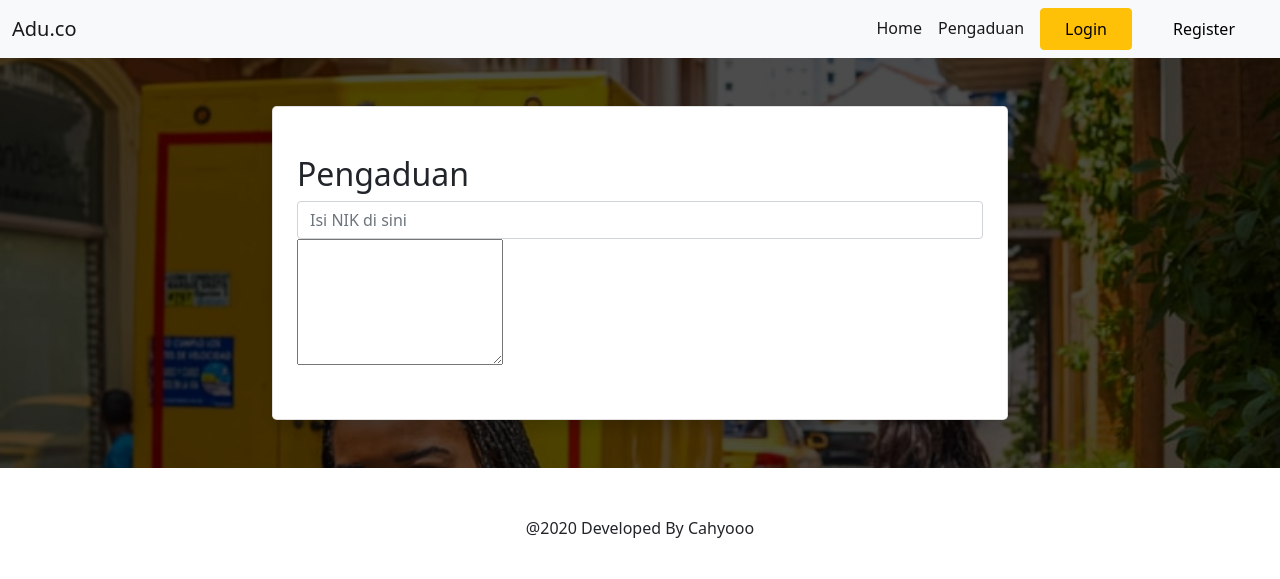
Repository: khulqu15/pengaduan2
Page: http://localhost/form/pengaduan
These files come from the project's save history. The page is drawn as it stood at one moment and after the next save; the edit follows.
The browser window is 1280 px wide. The pictures show the whole page.
The page is served by the project's Laravel application, run on PHP 8.4 with Laravel 8. Other server files are loaded and not shown.

Above is the page before, as saved 2021-02-23 21:24:03.

### routes/web.php
<?php

use App\Http\Controllers\PageController;
use App\Http\Controllers\UserController;
use Illuminate\Support\Facades\Route;

/*
|--------------------------------------------------------------------------
| Web Routes
|--------------------------------------------------------------------------
|
| Here is where you can register web routes for your application. These
| routes are loaded by the RouteServiceProvider within a group which
| contains the "web" middleware group. Now create something great!
|
*/

Route::get('/', [PageController::class, 'home'])->name('home');

Route::get('form/pengaduan', [PageController::class, 'pengaduanGet'])->name('form.pengaduan');

Route::get('login', [UserController::class, 'loginGet'])->name('loginView');
Route::post('login', [UserController::class, 'loginPost'])->name('loginLogic');
Route::get('register', [UserController::class, 'registerGet'])->name('registerView');
Route::post('register', [UserController::class, 'registerPost'])->name('registerLogic');

### app/Http/Controllers/PageController.php
<?php

namespace App\Http\Controllers;

use Illuminate\Http\Request;

class PageController extends Controller
{
    public function home()
    {
        return view('welcome');
    }

    public function pengaduanGet()
    {
        return view('pengaduan');
    }
}

### resources/views/pengaduan.blade.php
@extends('layout.app')

@section('title', 'Pengaduan')

@section('content')
    <div class="container-fluid image-footer-home py-5">
        <div class="overlay"></div>
        <div class="container position-relative">
            <div class="row">
                <div class="col-md-8 offset-md-2">
                    <div class="card bg-white rounded-3 shadow py-5 px-4">
                        <h2>Pengaduan</h2>
                        <div class="form-group">
                            <input type="text" class="form-control" name="nik" id="nik" placeholder="Isi NIK di sini">
                        </div>
                        <div class="form-group">
                            <textarea type="text" rows="5" name="text"></textarea>
                        </div>
                    </div>
                </div>
            </div>
        </div>
    </div>
@endsection

### resources/views/layout/app.blade.php
<!DOCTYPE html>
<html lang="en">
<head>
    <meta charset="UTF-8">
    <meta name="viewport" content="width=device-width, initial-scale=1.0">
    <meta http-equiv="X-UA-Compatible" content="ie=edge">
    <title>Pengaduan | @yield('title')</title>

    <link rel="stylesheet" href="{{ asset('css/bootstrap.min.css') }}">
    <link rel="stylesheet" href="{{ asset('css/all.min.css') }}">
    <link rel="stylesheet" href="{{ asset('css/fontawesome.min.css') }}">
    <link rel="stylesheet" href="{{ asset('css/style.css') }}">
    <link rel="stylesheet" href="{{ asset('css/slick.css') }}">
    <link rel="stylesheet" href="{{ asset('css/slick-theme.css') }}">

    <script src="{{ asset('js/jquery-3.5.1.min.js') }}"></script>
    <script src="{{ asset('js/bootstrap.min.js') }}"></script>
    <script src="{{ asset('js/all.min.js') }}"></script>
    <script src="{{ asset('js/fontawesome.min.js') }}"></script>
    <script src="{{ asset('js/slick.min.js') }}"></script>

    @yield('assets')

</head>
<body>
    <nav class="navbar navbar-expand-lg navbar-light bg-light">
        <div class="container-fluid">
          <a class="navbar-brand" href="#">Adu.co</a>
          <button class="navbar-toggler" type="button" data-bs-toggle="collapse" data-bs-target="#navbarSupportedContent" aria-controls="navbarSupportedContent" aria-expanded="false" aria-label="Toggle navigation">
            <span class="navbar-toggler-icon"></span>
          </button>
          <div class="collapse navbar-collapse" id="navbarSupportedContent">
            <ul class="navbar-nav ms-auto mb-2 mb-lg-0">
              <li class="nav-item">
                <a class="nav-link active" aria-current="page" href="{{ route('home') }}">Home</a>
              </li>
              <li class="nav-item">
                <a class="nav-link active" aria-current="page" href="{{ route('form.pengaduan') }}">Pengaduan</a>
              </li>
              <li class="nav-item">
                <a class="btn btn-warning mx-2 px-4 py-2" href="{{ route('loginView') }}">Login</a>
              </li>
              <li class="nav-item">
                <a class="btn btn-light mx-2 px-4 py-2" href="{{ route('registerView') }}">Register</a>
              </li>
            </ul>
          </div>
        </div>
      </nav>

    @yield('content')

    <footer class="container-fluid py-5">
        <div class="row">
            <div class="col-md-12 text-center">
                @2020 Developed By Cahyooo
            </div>
        </div>
    </footer>
</body>
</html>

### public/css/style.css
body {
    overflow-x: hidden !important;
}
.viga {
    font-family: 'Viga', sans-serif;
}
.bgm-primary {
    background-color: #E62A2A !important;
}
.btnm-primary {
    border: none;
    border-radius: 0px !important;
    transition: all .3s ease-in-out;
    background-color: #E62A2A !important;
    padding: 1rem 2rem;
    color: white;
}
.text-right {
    text-align: right !important;
}
.cursor-point {
    cursor: pointer;
}
.btnm-primary:hover {
    color: white !important;
    background-color: #c01c1c !important;
}
.btnm-light {
    border: none;
    border-radius: 0px !important;
    transition: all .3s ease-in-out;
    background-color: #f2f2f2 !important;
    padding: 1rem 2rem;
    color: #292929;
}
.btnm-light:hover {
    color: #292929 !important;
    background-color: #c2c2c2 !important;
}
.textm-primary {
    color: #E62A2A !important;
}
.textm-gray {
    color: gray !important;
}

.input-search-home {
    width: 80%;
    position: absolute;
    left: 10%;
    height: 60px;
    box-shadow: 0px 20px 40px -6px rgba(0, 0, 0, 0.12);
    top: -50px;
    background-color: white;
}
.input-search-home input {
    height: 60px;
}
.input-search-home button,
.input-search-home a {
    position: relative;
    top: -10px;
}


.card-product {
    width: 100%;
    transition: all .3s ease-in-out;
    height: 370px;
    background-color: white;
}
.card-product:hover {
    box-shadow: 12px 24px 48px rgba(0, 0, 0, 0.09);
}
.card-product .image {
    width: 100%;
    height: 170px;
    background-color: #f36c6c;
    overflow: hidden;
}
.card-product .image img {
    transition: all .3s ease-in-out;
}
.card-product .image:hover img {
    transform: scale(1.1);
    opacity: .6;
}
.image-fit-card {
    width: 100%;
    height: 100%;
    object-fit: cover !important;
}
.card-product .line-category {
    display: inline-block;
    width: 20px;
    height: 3px;
    background-color: gray;
}

.bg-hammer-bottom {
    background: url('../img/wallpaper/hammer.png');
    background-attachment: fixed;
    background-position: center;
    background-size: cover;
}

.input-email-footer {
    position: relative;
    width: 100%;
    height: 70px;
    box-shadow: 0px 19px 38px rgba(0, 0, 0, 0.12);
    background-color: white;
}
.input-email-footer input {
    height: 70px;
    width: 100%;
}
.input-email-footer button {
    position: relative;
    top: -8px
}

.menu-footer {
    color: rgba(255, 255, 255, .5);
}
.menu-footer:hover {
    color: rgba(255, 255, 255, 1);
    cursor: pointer;
    transition: all .4s ease-in-out;
}
.menu-footer .icon {
    position: absolute;
    right: -50px;
    opacity: 0;
    transition: all .2s ease-in-out;
    visibility: hidden;
}
.menu-footer:hover .icon {
    position: relative;
    opacity: 1;
    right: 0;
    visibility: visible;
}
.menu-footer .menu-title {
    transition: all .2s ease-in-out;
    position: relative;
    font-size: 3rem;
    right: -10px;
}
.menu-footer:hover .menu-title {
    position: relative;
    right: 0px;
}

.icons-footer svg {
    transition: all .2s ease-in-out;
    color: #c2c2c2;
    margin: 0px .8rem;
    font-size: 1.4rem;
}

.icons-footer svg:hover {
    cursor: pointer;
    color: #767676;
}

.navbar {
    transition: all .3s ease-in-out;
    z-index: 100;
}
.burger {
    margin: 10px 0px 0px 0px;
}
.burger div {
    width: 40px;
    height: 5px;
    margin: 7px 0px;
    background-color: #767676;
}
.image-footer-home {
    background-image: url('../img/wallpaper/1.jpg');
    background-size: cover;
    background-attachment: fixed;
    position: relative;
}
.image-footer-home .overlay {
    background-color: rgba(0, 0, 0, 0.7);
    position: absolute;
    left: 0;
    top: 0;
    width: 100%;
    height: 100%;
}

Loaded but not shown: app/Http/Controllers/Controller.php (common file); public/css/bootstrap.min.css (library); public/css/all.min.css (library); public/css/fontawesome.min.css (library); public/css/slick.css (common file); public/css/slick-theme.css (library); public/js/jquery-3.5.1.min.js (library); public/js/bootstrap.min.js (library); public/js/fontawesome.min.js (library); public/js/slick.min.js (library)

After the next save:
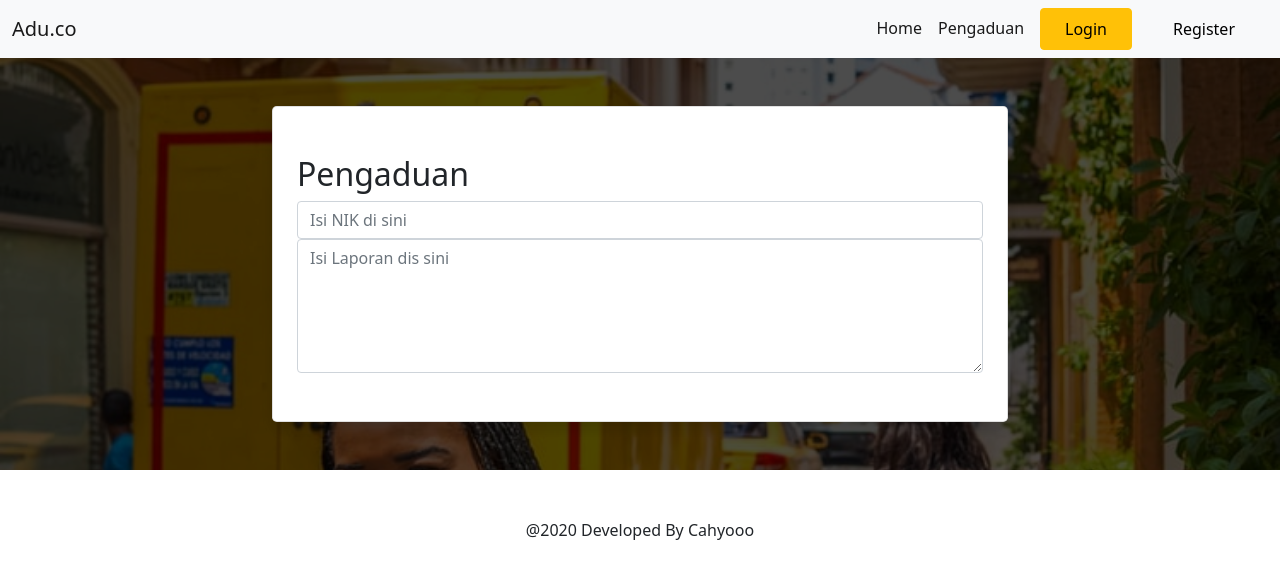
Saved 19 s later.
--- a/resources/views/pengaduan.blade.php
+++ b/resources/views/pengaduan.blade.php
@@ -14,7 +14,7 @@
                             <input type="text" class="form-control" name="nik" id="nik" placeholder="Isi NIK di sini">
                         </div>
                         <div class="form-group">
-                            <textarea type="text" rows="5" name="text"></textarea>
+                            <textarea type="text" rows="5" name="text" class="form-control" placeholder="Isi Laporan dis sini"></textarea>
                         </div>
                     </div>
                 </div>
